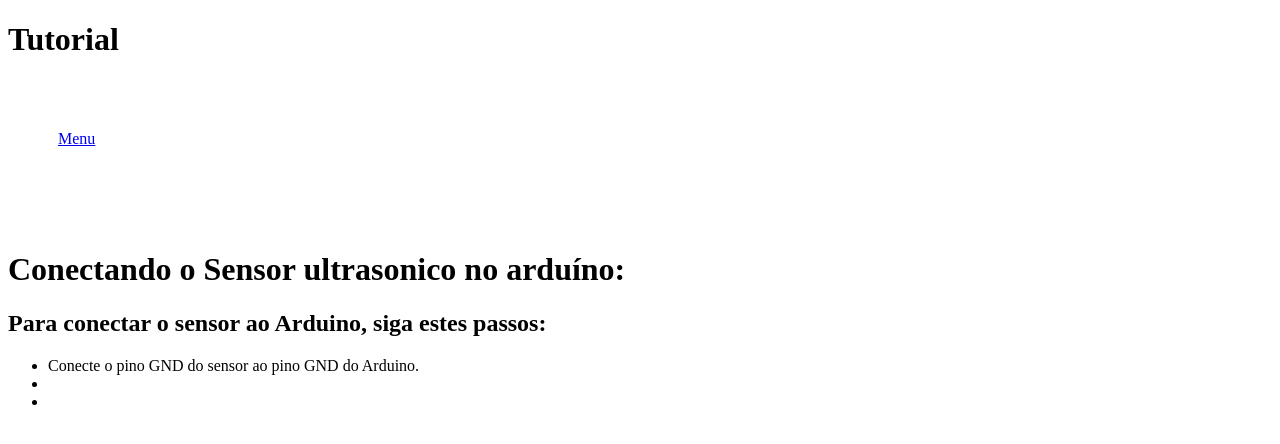
Repository: Eito2511/Site-tutorial-arduino
Page: tutorial.html
These files come from the project's save history. The page is drawn as it stood at one moment and after the next save; the edit follows.
The browser window is 1280 px wide. The pictures show the whole page.

Above is the page before, as saved 2025-06-03 18:14:06.

### tutorial.html
<!DOCTYPE html>
<html lang="en">
<head>
    <meta charset="UTF-8">
    <meta name="viewport" content="width=device-width, initial-scale=1.0">
    <title>Tutorial</title>
</head>
<body>
    <header>
      <h1 class="titulo">Tutorial</h1>
    </header>

    <section style="height: 50px; padding: 50px">
      <a href="index.html" class="btn">Menu</a>
    </section>

    <h1>Conectando o Sensor ultrasonico no arduíno:</h1>
    <h2>Para conectar o sensor ao Arduino, siga estes passos:</h2>
    <ul>
        <li>Conecte o pino GND do sensor ao pino GND do Arduino.</li>
        <li></li>
        <li></li>
    </ul>

</body>
</html>

After the next save:
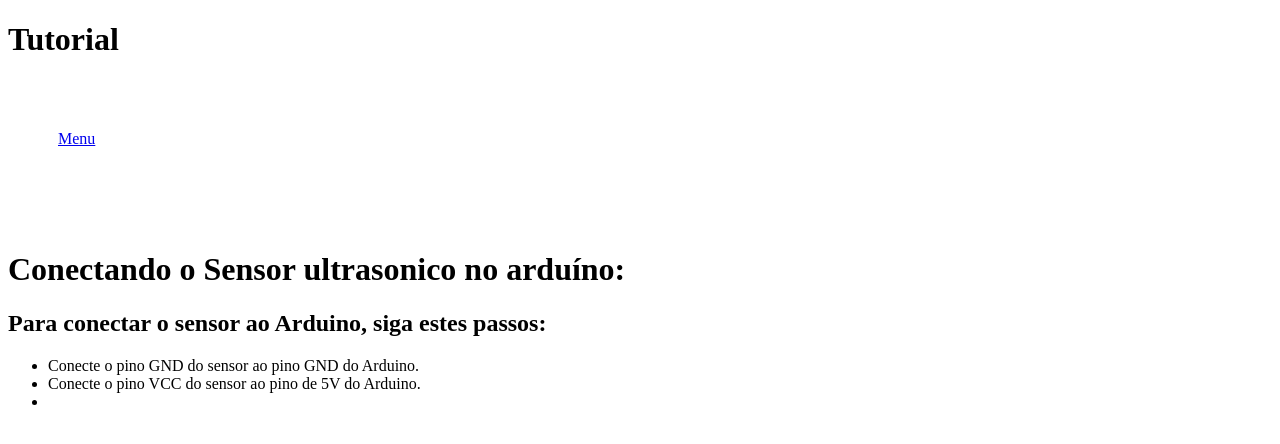
Saved 14 s later.
--- a/tutorial.html
+++ b/tutorial.html
@@ -18,7 +18,7 @@
     <h2>Para conectar o sensor ao Arduino, siga estes passos:</h2>
     <ul>
         <li>Conecte o pino GND do sensor ao pino GND do Arduino.</li>
-        <li></li>
+        <li>Conecte o pino VCC do sensor ao pino de 5V do Arduino.</li>
         <li></li>
     </ul>
 
